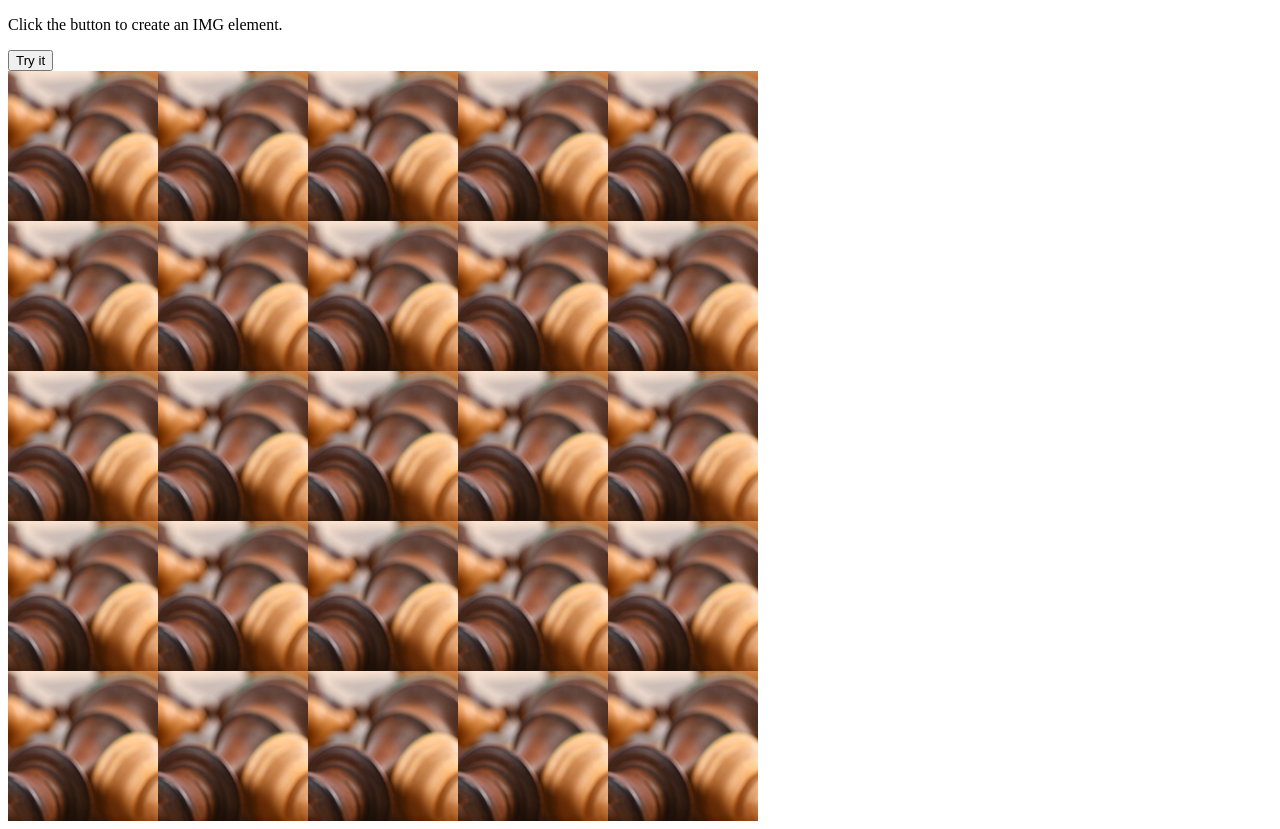
Repository: rashmikagamage/puzzle-vanila-js
Page: index.html
These files come from the project's save history. The page is drawn as it stood at one moment and after the next save; the edit follows.
The browser window is 1280 px wide. The pictures show the whole page.
After loading, the first visible `button` was clicked once.

Above is the page before, as saved 2020-08-05 20:43:35.

After the next save:
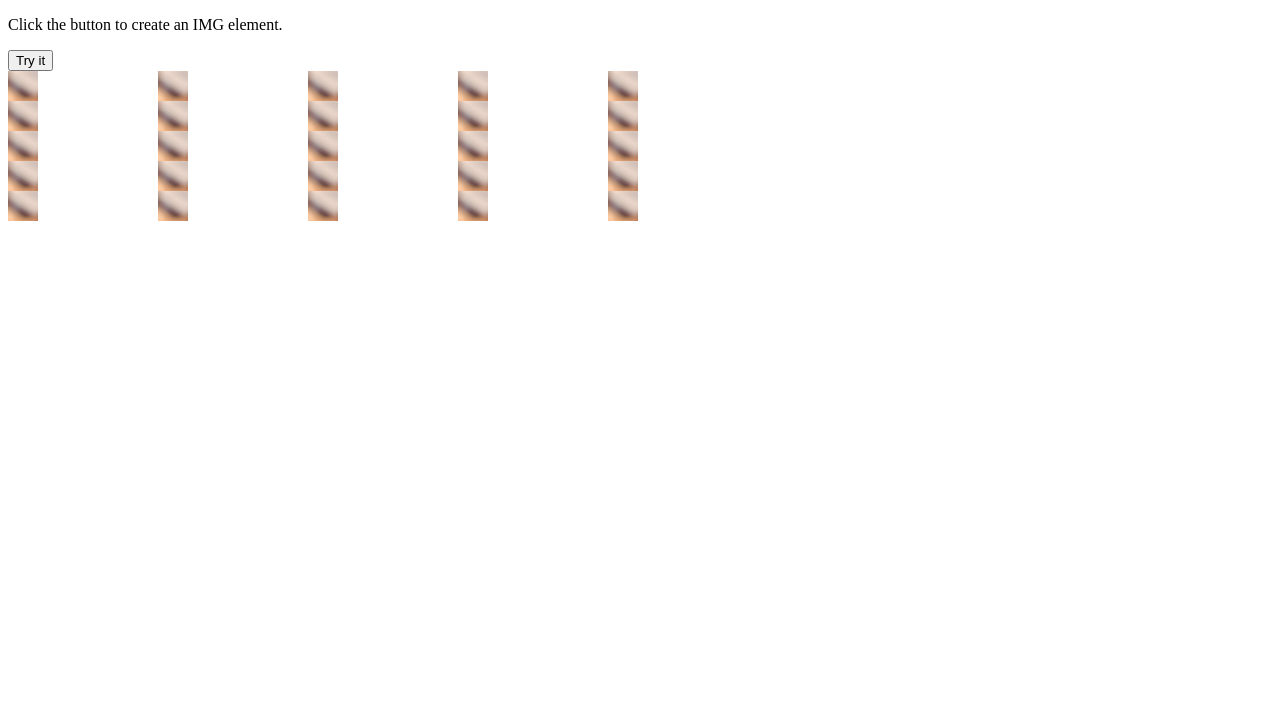
Saved 4 min 8 s later.
--- a/function.js
+++ b/function.js
@@ -8,8 +8,8 @@
 
     for (let i = 0; i < num * num; i++) {
         var x = document.createElement("div");
-        x.style.width = '150px';
-        x.style.height = '150px';
+        x.style.width = '30px';
+        x.style.height = '30px';
 
         x.style.backgroundImage = "url('./chess.jpg')"
             //  x.setAttribute("src", "./chess.jpg");
